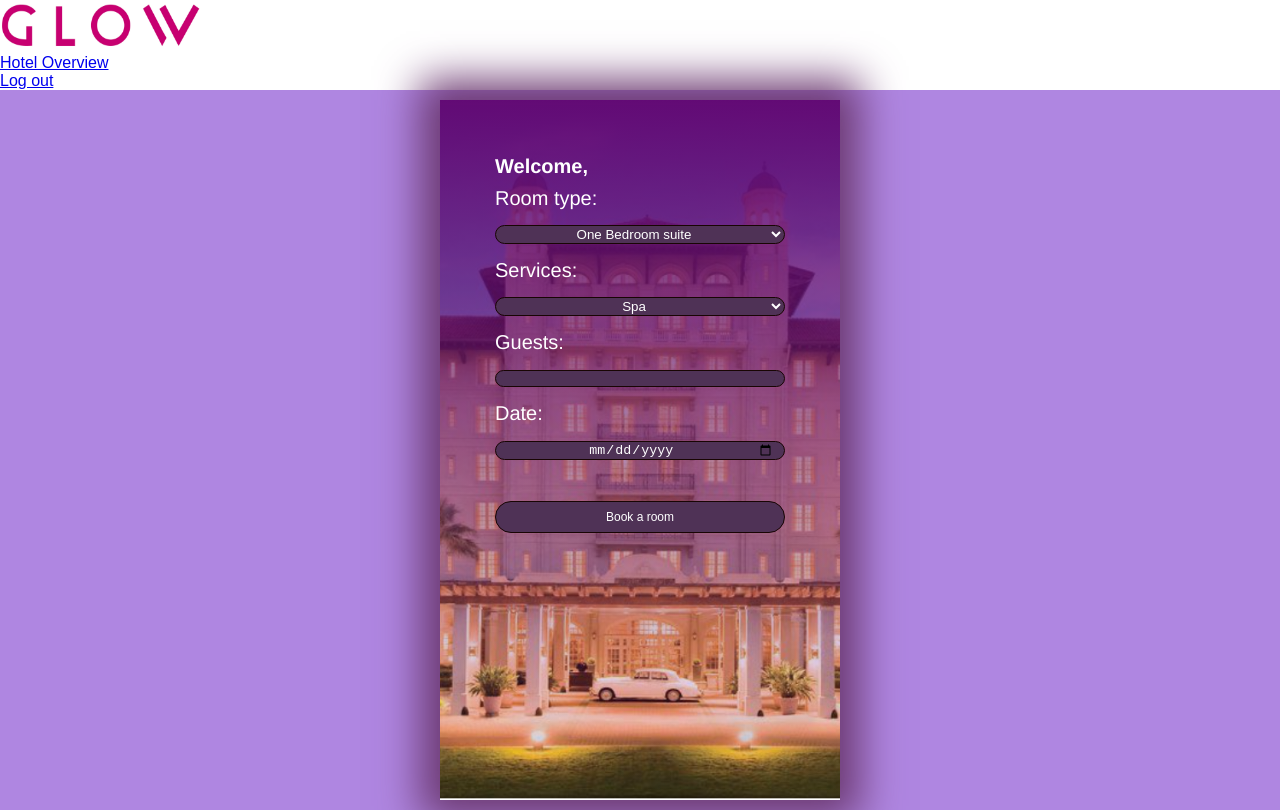
Repository: M-p1998/solo-dojo-project
Page: http://localhost/hotel/WEB-INF/hotel/room.jsp
These files come from the project's save history. The page is drawn as it stood at one moment and after the next save; the edit follows.
The browser window is 1280 px wide. The pictures show the whole page.
The page is served by Tomcat 9. Nobody is signed in. Other server files are loaded and not shown. The template is opened directly, without the code that normally fills it, so the values that code supplies are empty.

Above is the page before, as saved 2022-02-15 00:07:33.

### hotel/src/main/webapp/WEB-INF/hotel/room.jsp
<%@ page language="java" contentType="text/html; charset=UTF-8"
    pageEncoding="UTF-8"%>
<%@ taglib prefix="c" uri="http://java.sun.com/jsp/jstl/core" %>
<%@ taglib prefix="form" uri="http://www.springframework.org/tags/form"%>
<!DOCTYPE html>
<html>
<head>
<meta charset="UTF-8">
<title>Book a room</title>
<link href="/css/room.css" rel="stylesheet" type="text/css">
</head>
<body>


		<header>
				<img class="logo" src="/image/hotelLogo.png"
					width="200" height="50">

					<nav>
					<ul class="nav_links">
						<li class="nav-item active "><a  href="/">Hotel Overview</a></li>
						<li class="nav-item active "><a  href="/logout">Log out</a></li>
					</ul>
					</nav>
			</header>

	<div class="container">
		<div class="card">
			<div class="box" id="card">
			<div class="card-front">
				<h1>Welcome, ${user.firstName}</h1>
				<form:form action="/create" method="post" modelAttribute="createARoom">
					<form:input type="hidden" value="${userId}" path="user"/>
					<p>
						<form:label path="room_type" class="title" >Room type:</form:label>
						<form:errors path="room_type" class="error"/>
						<form:select path="room_type" class="input-box" >

								<option class="title">One Bedroom suite</option>
								<option class="title">Presidential suite</option>
								<option class="title">Luxury suite</option>
								<option class="title">Signature suite</option>
								<option class="title">Master suite </option>
						</form:select>

					</p>
					<p>
						<form:label path="services" class="title">Services:</form:label>
						<form:errors path="services" class="error"/>
						<form:select path="services" class="input-box">

								<option >Spa</option>
								<option >Golf</option>
								<option >Meeting</option>
								<option >Wedding</option>
						</form:select>
					</p>
					<p>
						<form:label path="guests" class="title">Guests:</form:label>
						<form:errors path="guests" class="error"/>
						<form:input path="guests" type="number" min="0" max="5" class="input-box"/>
					</p>
					<p>
						<form:label path="date" class="title">Date:</form:label>
						<form:errors path="date" class="error"/>
						<form:input path="date" type="date" class="input-box" placeholder="Pick a date"/>
					</p>
					<input type="submit"  class="btn" value="Book a room"/>
				</form:form>
				</div>
			</div>
		</div>
	</div>
</body>
</html>

### hotel/src/main/webapp/css/room.css
@charset "UTF-8";

*{
	margin: 0;
	padding: 0;
}

body{
	font-family: sans-serif;
}
h1{
	font-size: 20px;
}

#nav-bar{
	position: sticky;
	top: 0;
	z-index: 10;

}

.navbar{
	background-image: linear-gradient(rgba(98, 10, 117),  rgba(0,0,255,0));
	padding: 0!important;
	background-color: orange;
}

.navbar-nav li{
	padding: 0 10px;
	display: inline-block;

}

.navbar-nav li a{
	color: black;
	font-weight: 600;
	float: right;
	text-align: left;
}

#nav-bar ul li a:hover{
	color: orange !important;
}

.fa-bars{
	color: #fff;
	font-size: 30px !important;
}

.navbar-toggler{
	outline: none !important;
}

/* -----------room------------ */
.container{
	/* width:"100%";*/
	height: 100vh;
	width: 100%;
	max-width: 150rem;
	font-family:Helvetica;
	background: rgb(175, 134, 225);
	color: #fff;
	display:flex;
	align-items: center;
	justify-content: center;
}

.card{
	width:400px;
	height:700px;
	box-shadow: 0 0 40px 20px rgba(108 57 113);
	perspective: 1000px;
}

.box{
	position: relative;
	width: 100;
	height: 100%;
	transition: transform 1s;
	transform-style: preserve-3d;
}

.card-front{
	position: absolute;
	width: 100%;
	height: 100%;
	background-position: center;
	background-size: cover;
	background-image: linear-gradient(rgba(98, 10, 117), rgba(0,0,255,0)), url(/image/hotel.png);
	padding: 55px;
	box-sizing: border-box;
	backface-visibility: hidden;
	font-size: 30px;
}

.input-box{
	width: 100%;
	background: rgb(79, 50, 86);
	border: 1px solid #180503;
	margin: 6px 0;
	height: 32 px;
	border-radius: 100px;
	padding: 0 10px;
	box-sizing: border-box;
	outline: none;
	text-align: center;
	color: #fff;

}

.btn{
	width: 100%;
	background: rgb(79, 50, 86);
	border: 1px solid #180503;
	margin: 35px 0 10px;
	height: 32px;
	font-size: 12px;
	border-radius: 100px;
	padding: 0 10px;
	box-sizing: border-box;
	outline: none;
	color: #fff;
	cursor: pointer;
}
.title{
	color: #fff;
	font-size: 20px;
}

.error{
	font-size: 20px;
	color: black;
	text-align: center;
}

After the next save:
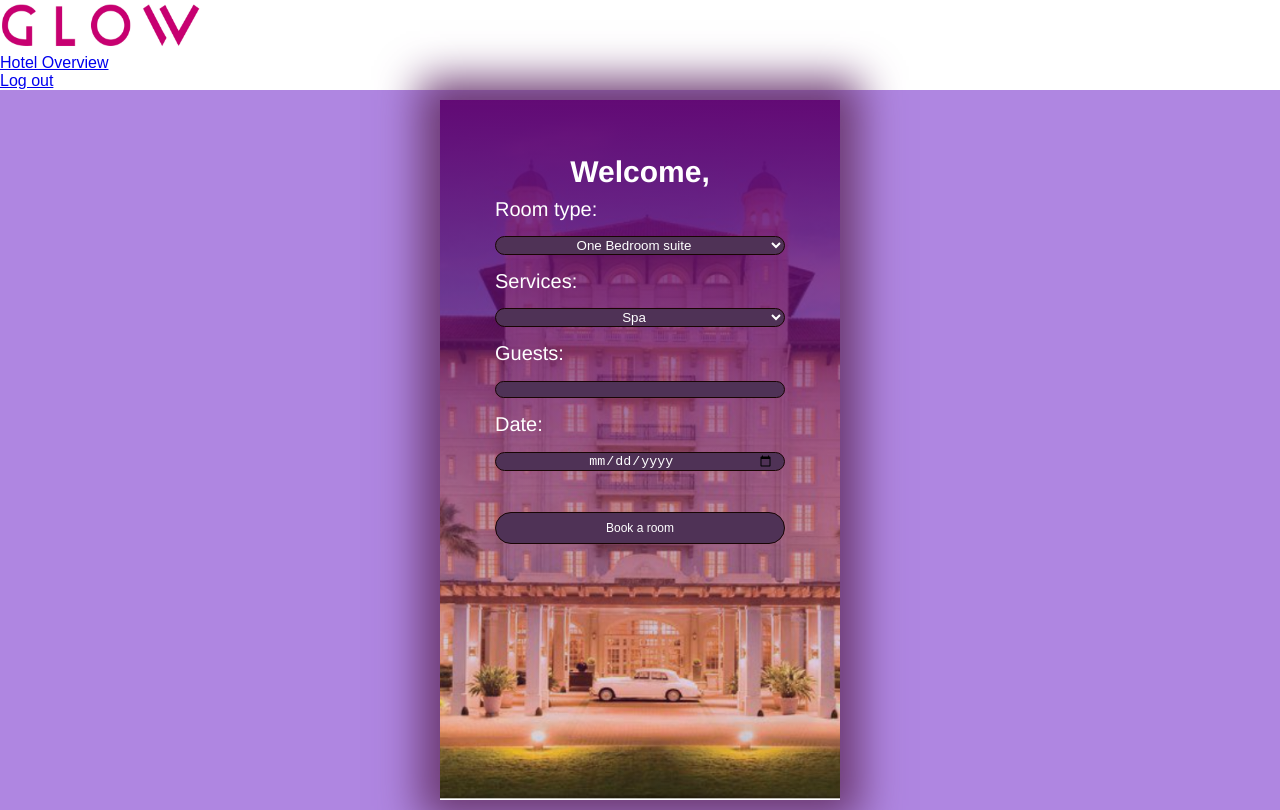
Saved 33 s later.
--- a/hotel/src/main/webapp/css/room.css
+++ b/hotel/src/main/webapp/css/room.css
@@ -9,7 +9,8 @@ body{
 	font-family: sans-serif;
 }
 h1{
-	font-size: 20px;
+	font-size: 30px;
+	text-align: center;
 }
 
 #nav-bar{
